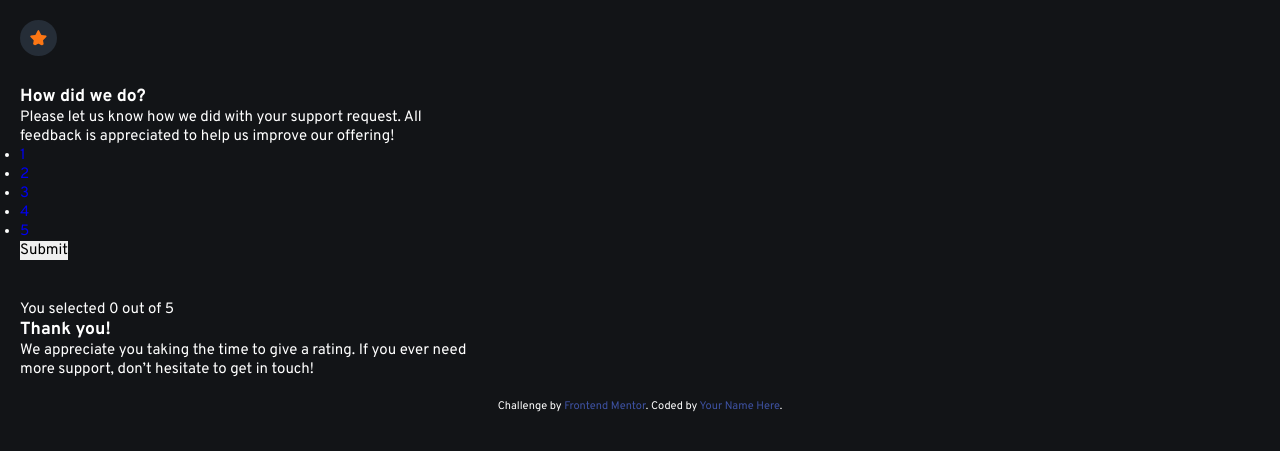
Repository: huynhnhutanhduy/interactive-rating-component
Page: index.html
These files come from the project's save history. The page is drawn as it stood at one moment and after the next save; the edit follows.
The browser window is 1280 px wide. The pictures show the whole page.

Above is the page before, as saved 2022-10-19 10:01:14.

### index.html
<!DOCTYPE html>
<html lang="en">
  <head>
    <meta charset="UTF-8" />
    <meta name="viewport" content="width=device-width, initial-scale=1.0" />
    <!-- displays site properly based on user's device -->
    <link rel="icon" type="image/png" sizes="32x32" href="./images/favicon-32x32.png" />
    <title>Frontend Mentor | Interactive rating component</title>
    <link rel="preconnect" href="https://fonts.googleapis.com" />
    <link rel="preconnect" href="https://fonts.gstatic.com" crossorigin />
    <link
      href="https://fonts.googleapis.com/css2?family=Overpass:wght@400;700&display=swap"
      rel="stylesheet"
    />
    <link rel="stylesheet" href="./app.css" />
  </head>
  <body>
    <main>
      <!-- Rating state start -->
      <article class="rating-container">
        <img src="./images/icon-star.svg" alt="icon-star" class="rating-star" />
        <h3 class="rating-title">How did we do?</h3>
        <p class="rating-desc">
          Please let us know how we did with your support request. All feedback is appreciated
          to help us improve our offering!
        </p>
        <ul class="rating-list">
          <li><a href="#" class="rating-item">1</a></li>
          <li><a href="#" class="rating-item">2</a></li>
          <li><a href="#" class="rating-item">3</a></li>
          <li><a href="#" class="rating-item">4</a></li>
          <li><a href="#" class="rating-item">5</a></li>
        </ul>
        <button type="submit" class="rating-btn">Submit</button>
      </article>
      <!-- Rating state end -->

      <!-- Thank you state start -->
      <article class="rating-container">
        <p class="rating-result">You selected <span>0</span> out of 5</p>
        <!-- Add rating here -->
        <h3 class="rating-title">Thank you!</h3>
        <p class="rating-desc">
          We appreciate you taking the time to give a rating. If you ever need more support,
          don’t hesitate to get in touch!
        </p>
        <!-- Thank you state end -->
      </article>
    </main>

    <footer class="attribution">
      Challenge by
      <a href="https://www.frontendmentor.io?ref=challenge" target="_blank">Frontend Mentor</a
      >. Coded by <a href="#">Your Name Here</a>.
    </footer>

    <script src="./app.js"></script>
  </body>
</html>

### app.css
:root {
  --primary: hsl(25, 97%, 53%);
  --white: hsl(0, 0%, 100%);
  --light-grey: hsl(217, 12%, 63%);
  --medium-grey: hsl(216, 12%, 54%);
  --dark-blue: hsl(213, 19%, 18%);
  --very-dark-blue: hsl(216, 12%, 8%);
}
* {
  margin: 0;
  padding: 0;
  border: 0;
}
*,
*::before,
*::after,
html {
  box-sizing: border-box;
}
html {
  font-size: 62.5%;
}
body {
  font-size: 1.5rem;
  font-family: "Overpass", sans-serif;
  font-weight: normal;
  background-color: var(--very-dark-blue);
  color: var(--white);
}
a {
  text-decoration: none;
}
img {
  display: block;
  max-width: 100%;
}
button {
  outline: none;
  font-size: 1.5rem;
  font-family: "Overpass", sans-serif;
  font-weight: 400;
  cursor: pointer;
}

.attribution {
  font-size: 11px;
  text-align: center;
}
.attribution a {
  color: hsl(228, 45%, 44%);
}

.rating-container {
  max-width: 50rem;
  background-image: linear-gradient(to bottom right);
  padding: 2rem;
  border-radius: 1rem;
}
.rating-star {
  background-color: var(--dark-blue);
  border-radius: 50%;
  margin-bottom: 3rem;
  padding: 1rem;
}

Loaded but not shown: app.js (no stored copy; drawn as an empty file)

After the next save:
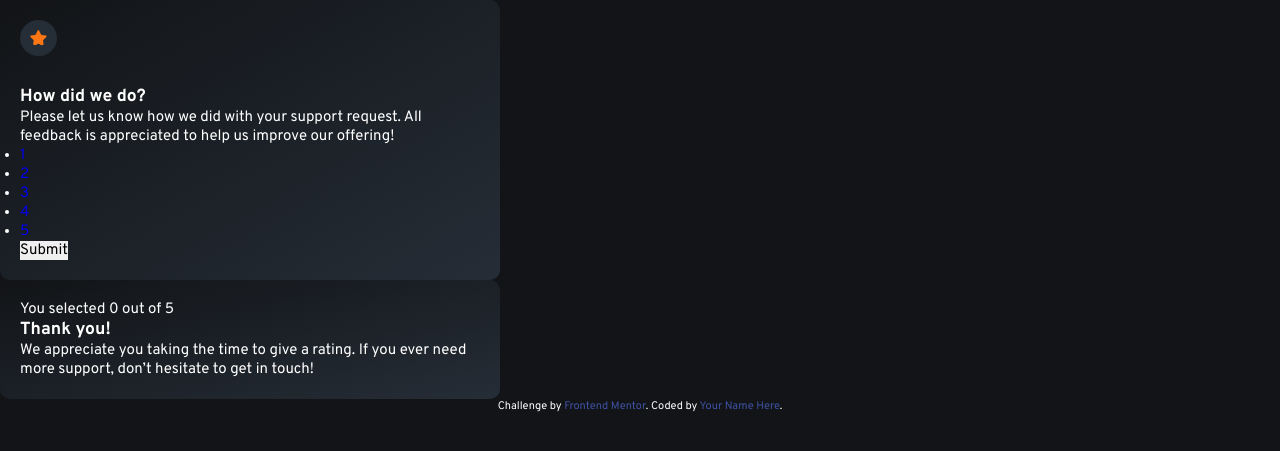
Saved 34 s later.
--- a/app.css
+++ b/app.css
@@ -52,7 +52,7 @@ button {
 
 .rating-container {
   max-width: 50rem;
-  background-image: linear-gradient(to bottom right);
+  background-image: linear-gradient(to bottom right, var(--very-dark-blue), var(--dark-blue));
   padding: 2rem;
   border-radius: 1rem;
 }
